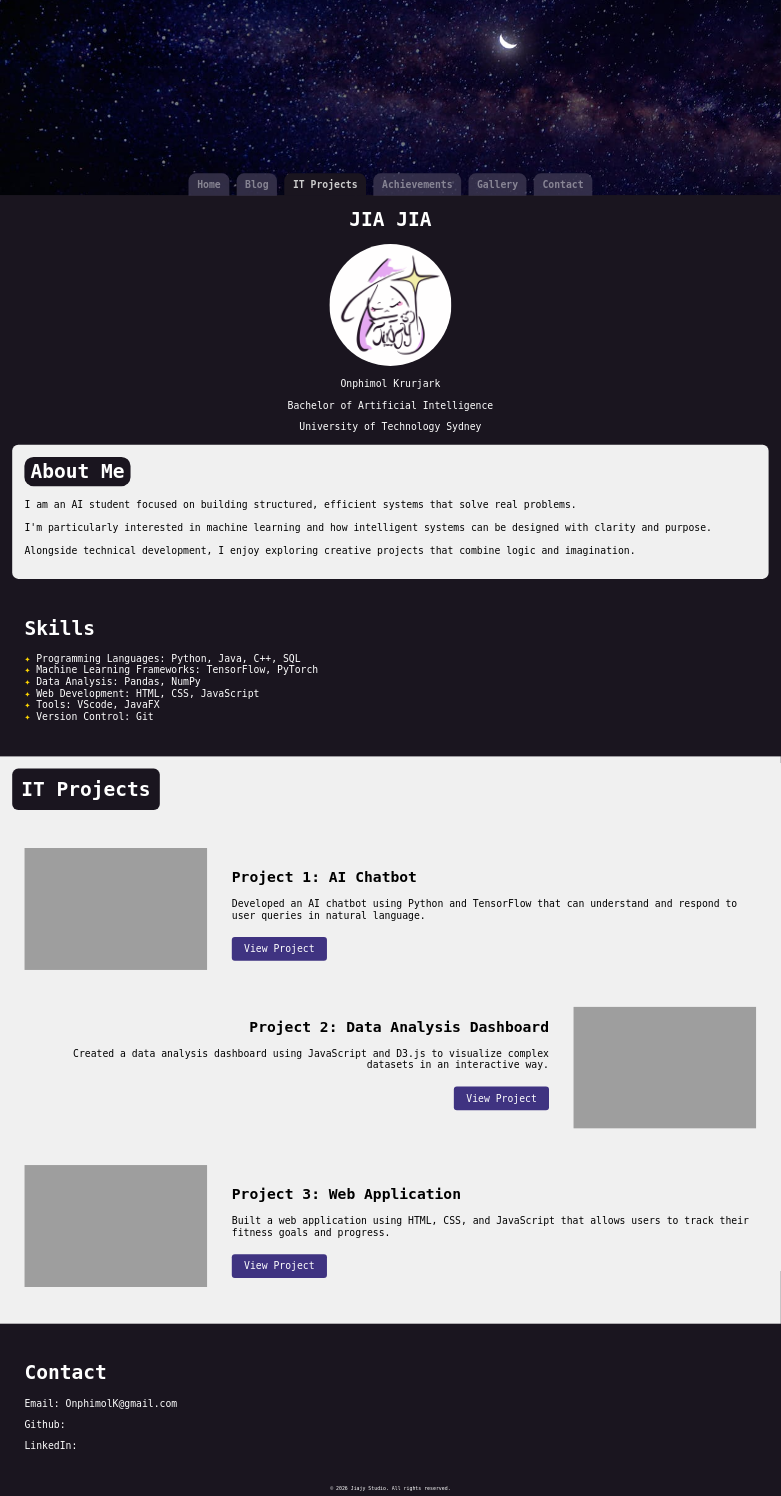
Repository: JMauve2233248/JiajyStudio
Page: ITprojects.html
An editor plug-in stored every save of this project. The page is shown before and after the next save, followed by the edit.
The browser window is 1280 px wide. The pictures show the whole page, at 61% of full size.
Pictures or frames that could not be fetched are drawn as grey boxes.

Above is the page before, as saved 2026-03-04 23:12:31.

After the next save:
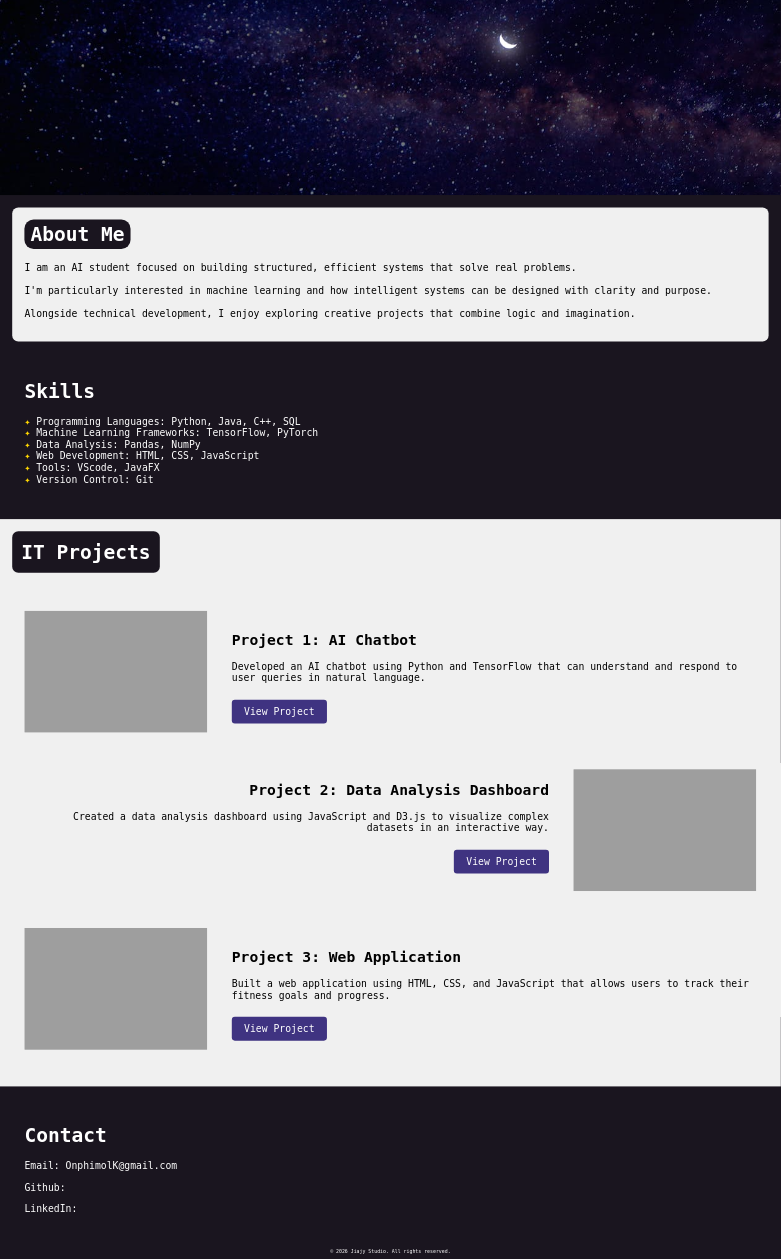
Saved 35 s later.
--- a/ITprojects.html
+++ b/ITprojects.html
@@ -33,24 +33,7 @@
         </div>
 
         <!--Nav tabs-->
-        <div id="tabMarker"></div>
-        <nav class="tabs">
-            <a class="tab" href="Home.html">Home</a>
-            <a class="tab" href="Blog.html">Blog</a>
-            <a class="tab active" href="ITprojects.html">IT Projects</a>
-            <a class="tab" href="Achievement.html">Achievements</a>
-            <a class="tab" href="Gallery.html">Gallery</a>
-            <a class="tab" href="Contact.html">Contact</a>
-        </nav>
-
-        <!--Header-->
-        <div class="IT_header">
-            <h1>JIA JIA</h1>
-            <img src="images/logo.png" alt="Logo" class="logo" />
-            <p>Onphimol Krurjark</p>
-            <p>Bachelor of Artificial Intelligence</p>
-            <p>University of Technology Sydney</p>
-        </div>
+        <div id=""navMount"></div>
 
         <!--About me-->
         <div class="about-me">

After the 2 saves that followed:
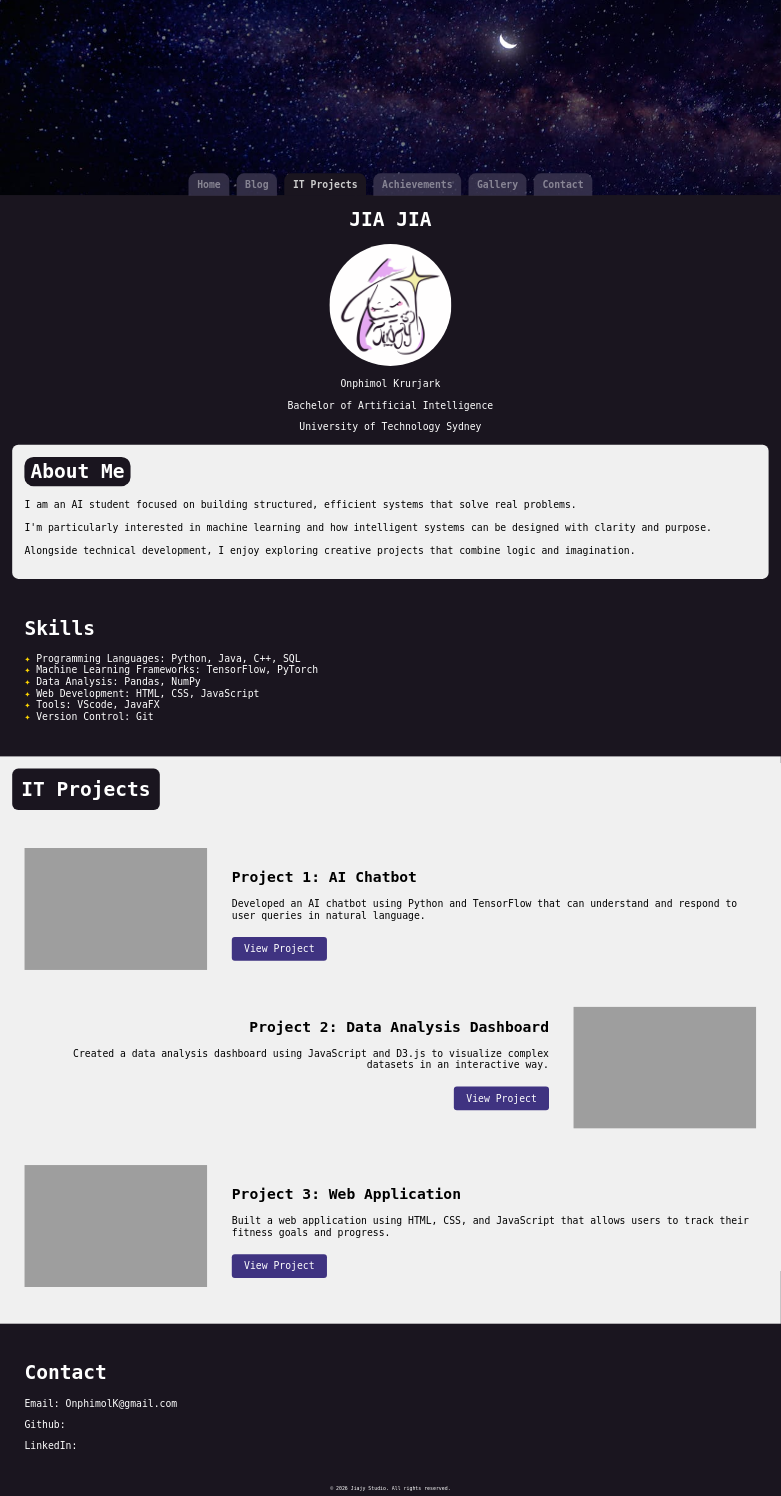
The 2 saves are shown as one change because 1 left the picture as it was.
The last was saved 70 s later.
--- a/ITprojects.html
+++ b/ITprojects.html
@@ -33,7 +33,24 @@
         </div>
 
         <!--Nav tabs-->
-        <div id=""navMount"></div>
+        <div id="tabMarker"></div>
+        <nav class="tabs">
+            <a class="tab" href="Home.html">Home</a>
+            <a class="tab" href="Blog.html">Blog</a>
+            <a class="tab active" href="ITprojects.html">IT Projects</a>
+            <a class="tab" href="Achievement.html">Achievements</a>
+            <a class="tab" href="Gallery.html">Gallery</a>
+            <a class="tab" href="Contact.html">Contact</a>
+        </nav>
+
+        <!--Header-->
+        <div class="IT_header">
+            <h1>JIA JIA</h1>
+            <img src="images/logo.png" alt="Logo" class="logo" />
+            <p>Onphimol Krurjark</p>
+            <p>Bachelor of Artificial Intelligence</p>
+            <p>University of Technology Sydney</p>
+        </div>
 
         <!--About me-->
         <div class="about-me">
